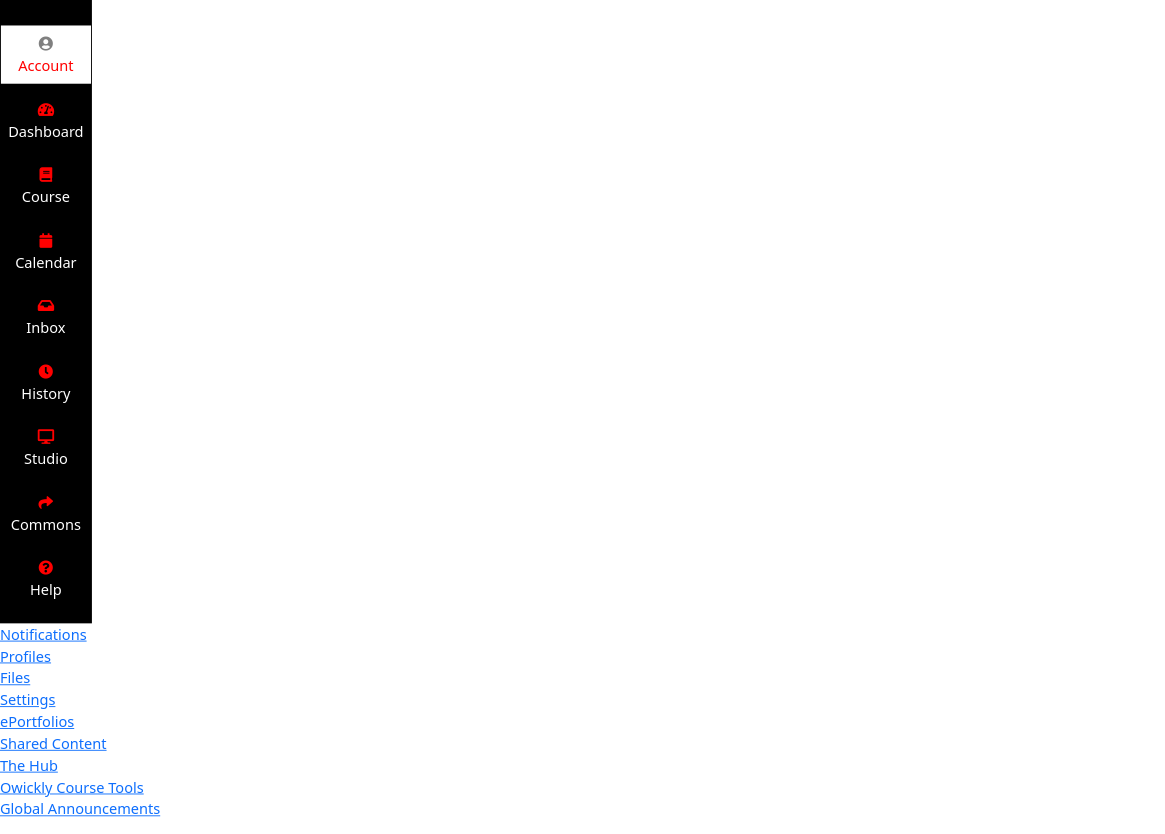
Repository: yuqiant/kanbas-react-web-app
Page: public/kanbas/accountcol.html
The author's editor kept a copy of each file at every save. The page is drawn from the files as they stood at one save, then again after the next save.
The browser window is 1280 px wide. The pictures show the whole page, at 91% of full size.

Above is the page before, as saved 2023-10-04 12:56:40.

### public/kanbas/accountcol.html
<!DOCTYPE html>
<html lang="en">

<head>
    <meta charset="UTF-8">
    <meta name="viewport" content="width=device-width, initial-scale=1.0">
    <title>Column Interaction</title>
    <link rel="stylesheet" href="../vendors/fontawesome/css/all.min.css">
    <link rel="stylesheet" href="../vendors/bootstrap/css/bootstrap.min.css" />
    <link href="firstcol.css" rel="stylesheet" />
    <link href="secondcol.css" rel="stylesheet" />



    <!-- <style>
        table {
            width: 100%;
            border-collapse: collapse;
        }

        td {
            width: 50%;
            border: 1px solid transparent;
            padding: 20px;
            vertical-align: top;
        }
    </style> -->
</head>

<body>
    <table>
        <tr>
            <td id="firstColumn">
                <ul>
                    <li class="active"><i class="fa fa-user-circle fa-inverse" style="color: grey;"></i><a
                            href="accountcol.html" style="color: red;">Account</a>
                    </li>
                    <li><i class="fas fa-tachometer-alt" style="color: red;"></i><a href="#">Dashboard</a></li>
                    <li><i class="fas fa-book" style="color: red;"></i><a href="coursecol.html">Course</a></li>
                    <li><i class="fas fa-calendar" style="color: red;""></i><a href=" #">Calendar</a></li>
                    <li><i class="fas fa-inbox" style="color: red;"></i><a href="#">Inbox</a></li>
                    <li><i class="fas fa-clock" style="color: red;"></i><a href="#">History</a></li>
                    <li><i class="fas fa-desktop" style="color: red;"></i><a href="#">Studio</a></li>
                    <li><i class="fas fa-share" style="color: red;"></i><a href="#">Commons</a></li>
                    <li><i class="fas fa-question-circle" style="color: red;"></i><a href="#">Help</a></li>
                </ul>


            </td>
            <!-- <td id="secondColumn">
                <ul>
                    <li><a href="#">Notifications</a></li>
                    <li><a href="profile/index.html">Profiles</a></li>
                    <li><a href="#">Files</a></li>
                    <li><a href="#">Settings</a></li>
                    <li><a href="#">ePortfolios</a></li>
                    <li><a href="#">Shared Content</a></li>
                    <li><a href="#">The Hub</a></li>
                    <li><a href="#">Owickly Course Tools</a></li>
                    <li><a href="#">Global Announcements</a></li>

                </ul>

            </td> -->
        </tr>
    </table>
    <div>
        <ul>
            <li><a href="#">Notifications</a></li>
            <li><a href="profile/index.html">Profiles</a></li>
            <li><a href="#">Files</a></li>
            <li><a href="#">Settings</a></li>
            <li><a href="#">ePortfolios</a></li>
            <li><a href="#">Shared Content</a></li>
            <li><a href="#">The Hub</a></li>
            <li><a href="#">Owickly Course Tools</a></li>
            <li><a href="#">Global Announcements</a></li>

        </ul>

    </div>

</body>

</html>

### public/kanbas/firstcol.css
.active {
    background-color: white;
    color: red;
}





#firstColumn {
    width: 80px;
    /* Adjust sidebar width as needed (between 75 and 85 pixels) */
    background-color: black;
    color: white;
    text-align: center;
    padding-top: 20px;
    /* Adjust top padding as needed */
}

/* Sidebar links styling */
#firstColumn ul {
    list-style-type: none;
    padding: 0;
}

#firstColumn li {
    margin: 8px 0;
    /* Adjust margin between links as needed (between 5 and 10 pixels) */
    padding: 8px;
    /* Adjust padding around links as needed (between 5 and 10 pixels) */
}



#firstColumn a {
    color: white;
    text-decoration: none;
    display: block;
}

/* Styling for active link */

### public/kanbas/secondcol.css
#secondColumn {
    width: 200px;
    /* background-color: #f5f5f5; */
    /* Background color for the sidebar */
    padding: 10px;
    border-left: 25px
}




#secondColumn a {
    color: red;
    text-decoration: none;

}


ul {
    list-style: none;
    padding: 0;
}

#secondColumn li {
    margin-bottom: 15px;
    padding-left: 20px;
}

#secondColumn li.active a {
    color: black;
    padding-left: 8px;

    /* padding-right: 10px; */

    border-left: 2px solid black;
}

Loaded but not shown: public/vendors/fontawesome/css/all.min.css (library); public/vendors/bootstrap/css/bootstrap.min.css (library)

After the next save:
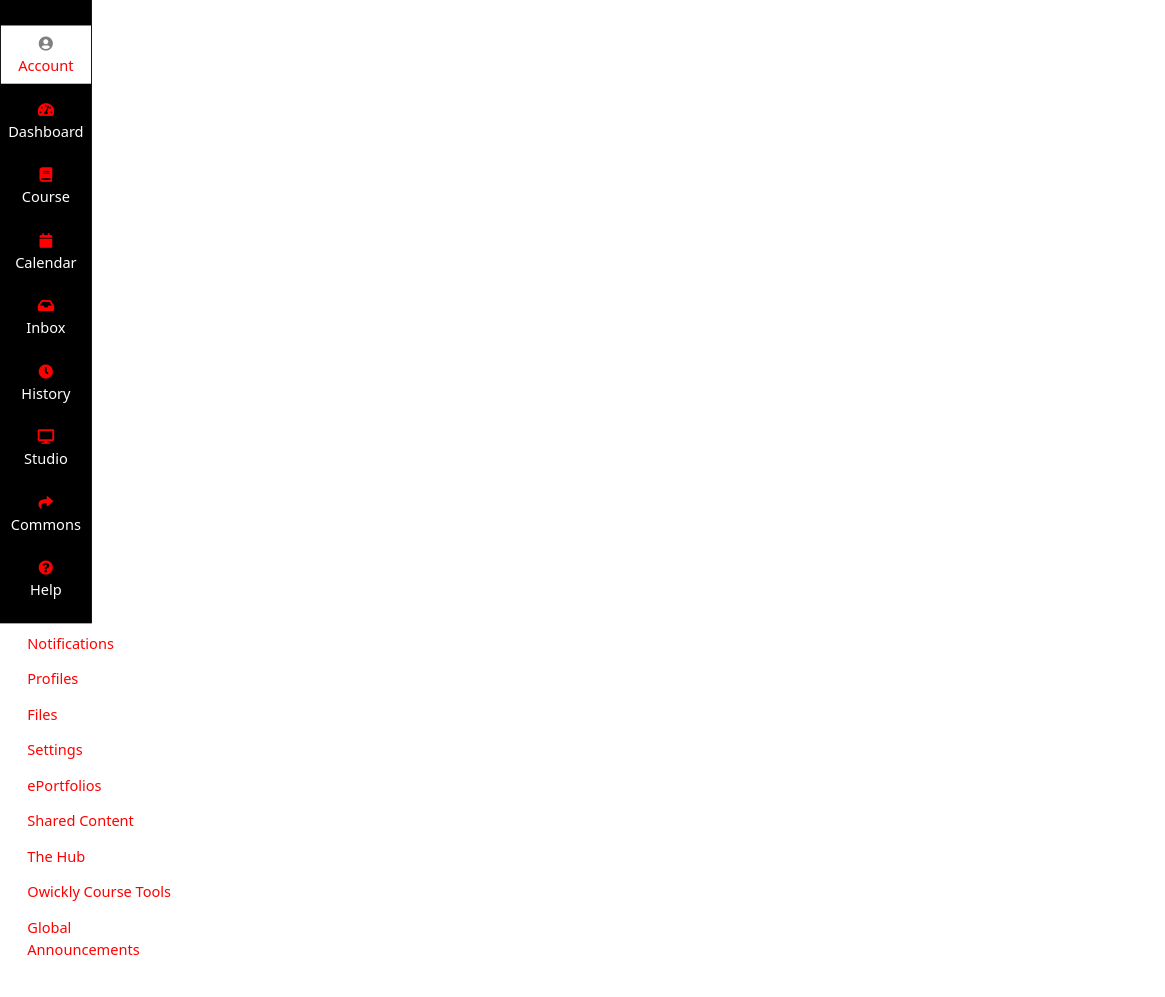
Saved 21 s later.
--- a/public/kanbas/accountcol.html
+++ b/public/kanbas/accountcol.html
@@ -65,7 +65,7 @@
         </tr>
     </table>
     <div>
-        <ul>
+        <ul id="secondColumn">
             <li><a href="#">Notifications</a></li>
             <li><a href="profile/index.html">Profiles</a></li>
             <li><a href="#">Files</a></li>
